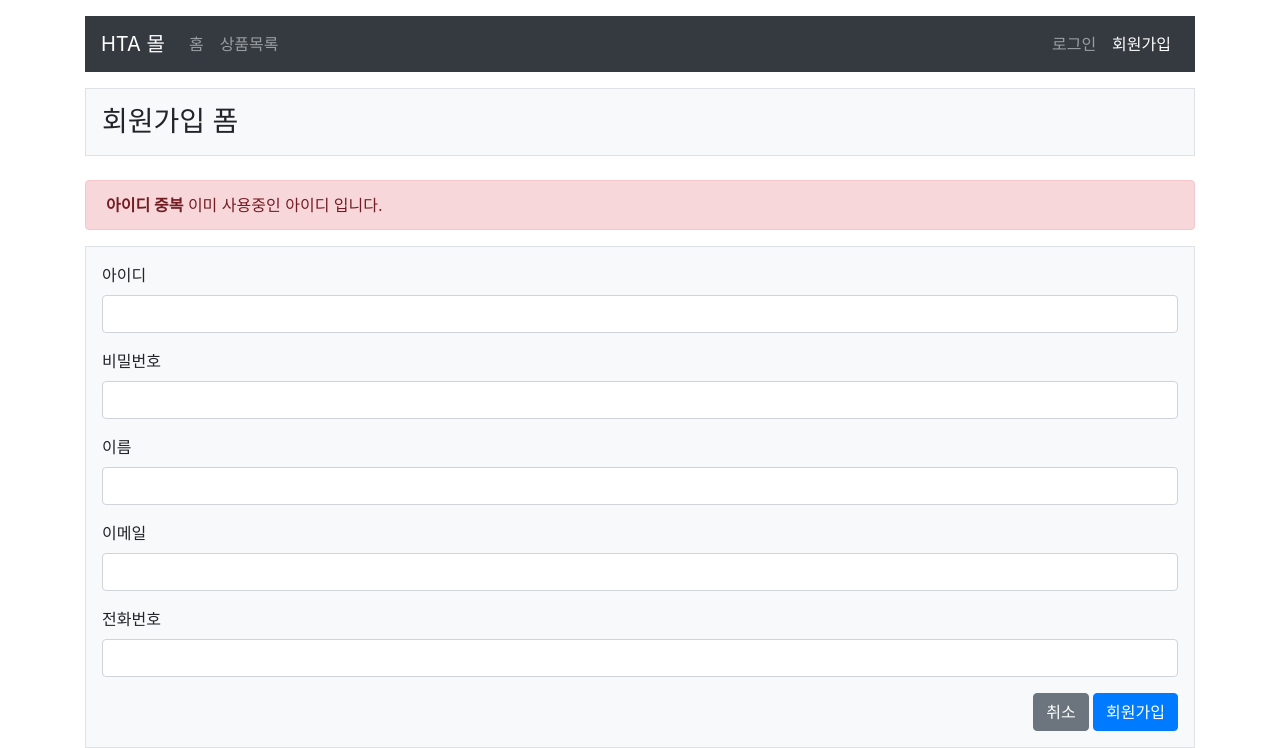
Repository: onuo77/ja_HTA
Page: http://localhost/sample-mybatis/user/registerform.jsp
An editor plug-in stored every save of this project. The page is shown before and after a run of saves, followed by the edit.
The browser window is 1280 px wide. The pictures show the whole page.
The page is served by Tomcat 9.

Above is the page before, as saved 2021-05-28 02:50:45.

After the next 3 saves:
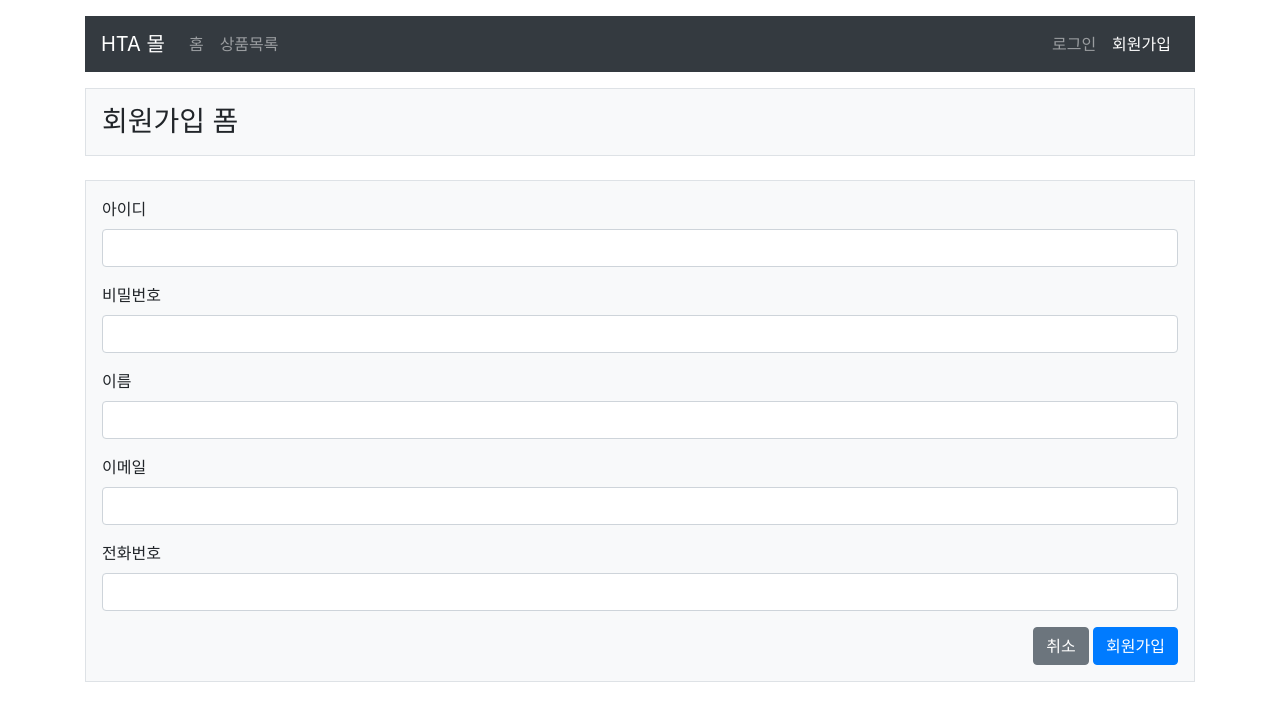
The 3 saves are shown as one change because 2 did not build or start.
The last was saved 29 s later.
--- a/java-web/sample-mybatis/src/main/webapp/user/registerform.jsp
+++ b/java-web/sample-mybatis/src/main/webapp/user/registerform.jsp
@@ -39,11 +39,17 @@
 		<%
 			}
 		%>
+		<%
+			if("id".equals(failMessage)){
+		%>
 			<div class="col-12">
 				<div class="alert alert-danger">
 					<strong>아이디 중복</strong> 이미 사용중인 아이디 입니다.
 				</div>
 			</div>
+		<%
+			}
+		%>
 			<div class="col-12">
 				<form method="post" action="register.jsp" class="border p-3 bg-light">
 					<div class="form-group">
